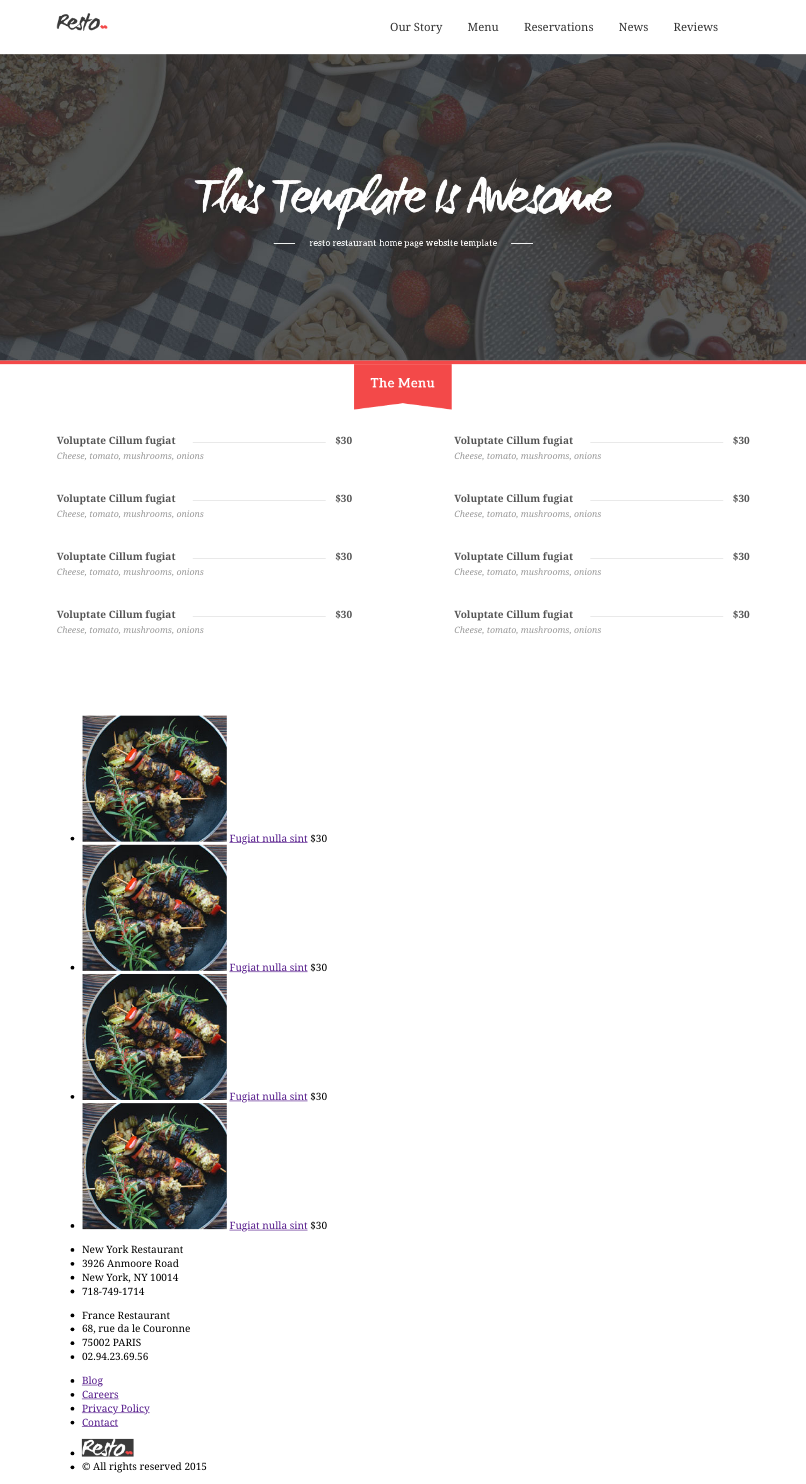
Repository: Piterwk1/psd-to-wordpress
Page: index.html
The author's editor kept a copy of each file at every save. The page is drawn from the files as they stood at one save, then again after the next save.
The browser window is 1280 px wide. The pictures show the whole page, at 63% of full size.

Above is the page before, as saved 2021-09-23 03:31:55.

### index.html
<html lang="en">

<head>
    <meta charset="UTF-8">
    <meta http-equiv="X-UA-Compatible" content="IE=edge">
    <meta name="viewport" content="width=device-width, initial-scale=1.0">
    <title>Resto</title>
    <link rel="stylesheet" href="style.css">
</head>

<body>

    <header>
        <div class="wrapper" id="headerWrapper">
            <h1 class="logo">Rest</h1>
            <nav>
                <h2>Main Navigation</h2>
                <ul>
                    <li><a href="">Our Story</a></li>
                    <li><a href="">Menu</a></li>
                    <li><a href="">Reservations</a></li>
                    <li><a href="">News</a></li>
                    <li><a href="">Reviews</a></li>
                </ul>
            </nav>
        </div>
    </header>

    <!-- start homepage content -->

    <div id="main-banner">
        <img src="images/banner.jpg" alt="Welcome to Resto">
    </div>

    <div class="wrapper">
        <section id="home-menu">
            <h2>Menu</h2>
            <ul>
                <li>
                    <span class="dish">Voluptate Cillum fugiat</span>
                    <span class="price">$30</span>
                    <span class="description">Cheese, tomato, mushrooms, onions</span>
                </li>
                <li>
                    <span class="dish">Voluptate Cillum fugiat</span>
                    <span class="price">$30</span>
                    <span class="description">Cheese, tomato, mushrooms, onions</span>
                </li>
                <li>
                    <span class="dish">Voluptate Cillum fugiat</span>
                    <span class="price">$30</span>
                    <span class="description">Cheese, tomato, mushrooms, onions</span>
                </li>
                <li>
                    <span class="dish">Voluptate Cillum fugiat</span>
                    <span class="price">$30</span>
                    <span class="description">Cheese, tomato, mushrooms, onions</span>
                </li>
                <li>
                    <span class="dish">Voluptate Cillum fugiat</span>
                    <span class="price">$30</span>
                    <span class="description">Cheese, tomato, mushrooms, onions</span>
                </li>
                <li>
                    <span class="dish">Voluptate Cillum fugiat</span>
                    <span class="price">$30</span>
                    <span class="description">Cheese, tomato, mushrooms, onions</span>
                </li>
                <li>
                    <span class="dish">Voluptate Cillum fugiat</span>
                    <span class="price">$30</span>
                    <span class="description">Cheese, tomato, mushrooms, onions</span>
                </li>
                <li>
                    <span class="dish">Voluptate Cillum fugiat</span>
                    <span class="price">$30</span>
                    <span class="description">Cheese, tomato, mushrooms, onions</span>
                </li>
            </ul>
        </section>

        <section id="featured">
            <ul>
                <li>
                    <img src="images/thumb-1.jpg">
                    <a href="">Fugiat nulla sint</a>
                    <span>$30</span>
                    <span class="rating"></span>
                </li>
                <li>
                    <img src="images/thumb-1.jpg">
                    <a href="">Fugiat nulla sint</a>
                    <span>$30</span>
                    <span class="rating"></span>
                </li>
                <li>
                    <img src="images/thumb-1.jpg">
                    <a href="">Fugiat nulla sint</a>
                    <span>$30</span>
                    <span class="rating"></span>
                </li>
                <li>
                    <img src="images/thumb-1.jpg">
                    <a href="">Fugiat nulla sint</a>
                    <span>$30</span>
                    <span class="rating"></span>
                </li>
            </ul>
        </section>
    </div>

    <!-- end homepage content -->

    <footer>
        <div class="wrapper">
            <ul>
                <li>New York Restaurant</li>
                <li>3926 Anmoore Road</li>
                <li>New York, NY 10014</li>
                <li>718-749-1714</li>
            </ul>
            <ul>
                <li>France Restaurant</li>
                <li>68, rue da le Couronne</li>
                <li>75002 PARIS</li>
                <li>02.94.23.69.56</li>
            </ul>
            <ul>
                <li><a href="">Blog</a></li>
                <li><a href="">Careers</a></li>
                <li><a href="">Privacy Policy</a></li>
                <li><a href="">Contact</a></li>
            </ul>
            <ul>
                <li><img src="images/white-logo.png" alt="logo"></li>
                <li>&copy; All rights reserved 2015</li>

            </ul>
        </div>
    </footer>
</body>

</html>

### style.css
body {
    font-family: Georgia, 'Times New Roman', Times, serif;
    margin: 0;
}

.wrapper {
    width: 100%;
    /* max-width: 960px; */
    max-width: 1100px;
    padding: 0 10px;
    margin:  0 auto;
}

h1.logo {
    background-image: url(images/logo.png);
    background-repeat: no-repeat;
    width: 100px;
    text-indent: -10000px;
}

#headerWrapper {
    display: flex;
    justify-content: space-between;
    width: 100%;
}

nav {

  margin-right: 10px;

}

#headerWrapper nav h2 {
    text-indent: -100000px;
    height: 0;
    margin: 0;
}

#headerWrapper nav ul {
   display: flex;
   justify-content: space-evenly;
   list-style-type:  none;
   margin: 10px 20px;
}
#headerWrapper nav li {

   margin: 20px 20px;
}
#headerWrapper nav li a{
   text-decoration: none;
   color: #333;
   font-size: 18px;
}
#headerWrapper nav li a:hover{
   color: blue;
}

#main-banner, #main-banner img{
    width: 100%;
}

#main-banner img {
    border-bottom: 6px solid #f34949;
}

#home-menu h2 {
    background-image: url(images/menu-head.png);
    background-repeat: no-repeat;
    width: 156px;
    height: 74px;
    text-indent: -10000px;
    margin: 0 auto;
}

#home-menu ul {
    display: flex;
    flex-wrap: wrap;
    justify-content: space-between;
   padding: 0;
   list-style: none;
}
#home-menu li {
    display: flex;
    flex-wrap: wrap;
   margin: 20px 0 20px 0;
   justify-content: space-between;
}

.dish{
    position: relative;
    z-index: 1;
    background: #fff;
    padding-right: 5px;
    width: 45%;
    color: #555;
    font-weight: bold;
}

.price {
    position: relative;
    z-index: 1;
    background: #fff;
    padding-left: 15px;
    color: #555;
    font-weight: bold;
}

.description {
    width: 100%;
    color: #999;
    font-style: italic;
    font-size: 14px;
    padding-top: 10px;
    border-top: 1px solid #ddd;
    position: relative;
    top: -8px;
}

#featured {
    margin-top: 100px;
}

After the next save:
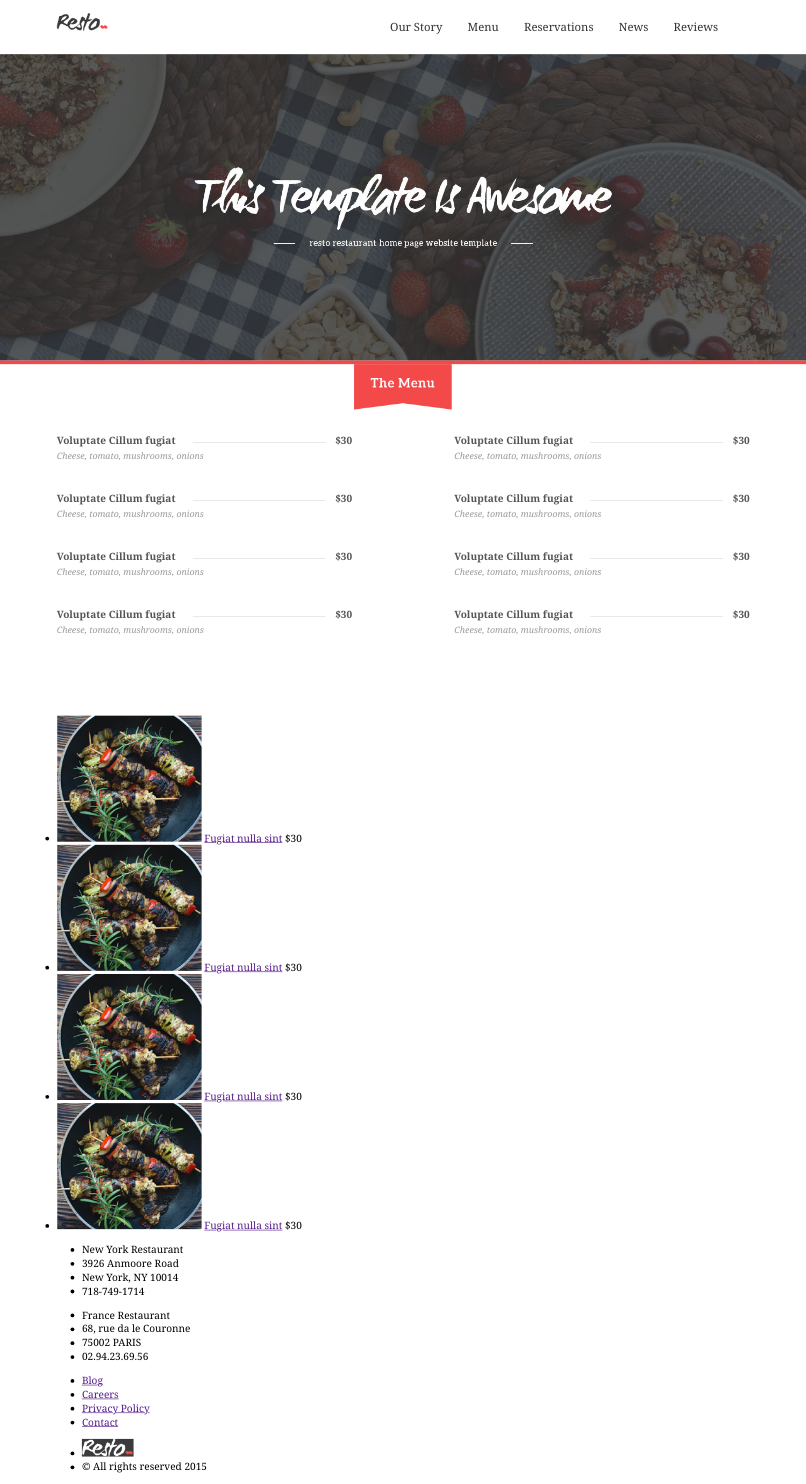
Saved 3 min 41 s later.
--- a/style.css
+++ b/style.css
@@ -119,3 +119,6 @@ nav {
 #featured {
     margin-top: 100px;
 }
+#featured ul {
+    padding: 0;
+}
